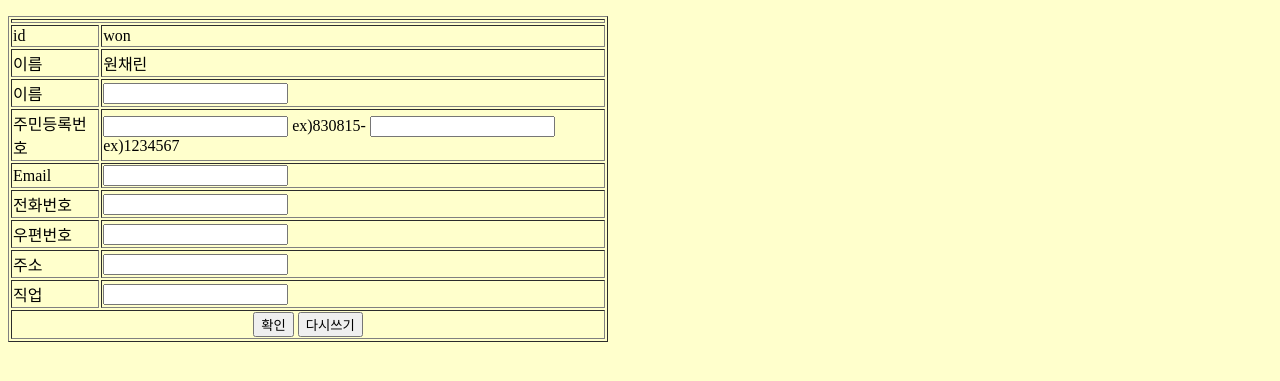
Repository: Chaelin02/2-_JSP
Page: http://localhost/BasicJSP/jdbc07/update_2312.jsp
These files come from the project's save history. The page is drawn as it stood at one moment and after the next save; the edit follows.
The browser window is 1280 px wide. The pictures show the whole page.
The page is served by Tomcat 9.

Above is the page before, as saved 2019-06-25 01:54:44.

After the next save:
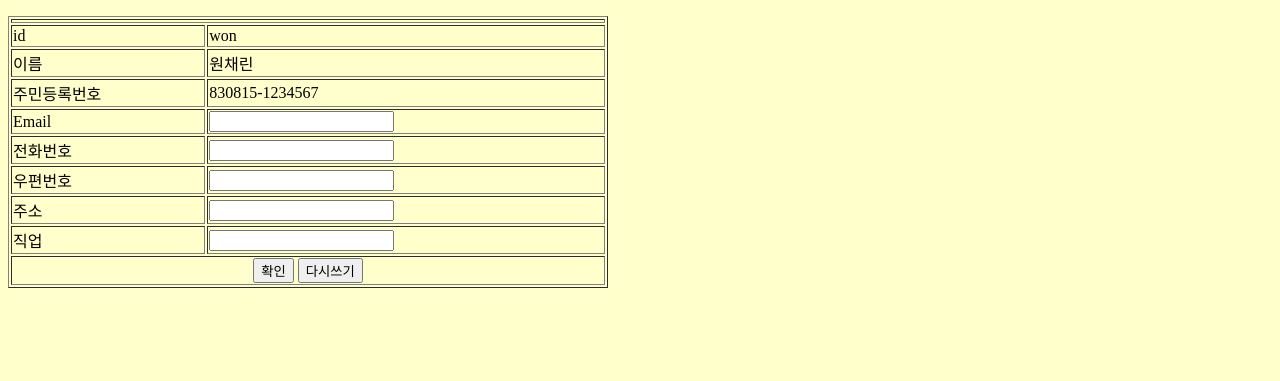
Saved 88 s later.
--- a/BasicJSP/WebContent/jdbc07/update_2312.jsp
+++ b/BasicJSP/WebContent/jdbc07/update_2312.jsp
@@ -20,13 +20,8 @@
 
 	</tr>
 	<tr>
-		<td>이름</td>
-		<td> <input type="text" name="name"></td>
-
-	</tr>
-	<tr>
 		<td>주민등록번호</td>
-		<td><input type="text" name="num1"> ex)830815- <input type="text" name="num2">ex)1234567</td>
+		<td>830815-1234567</td>
 
 	</tr>
 	<tr>
